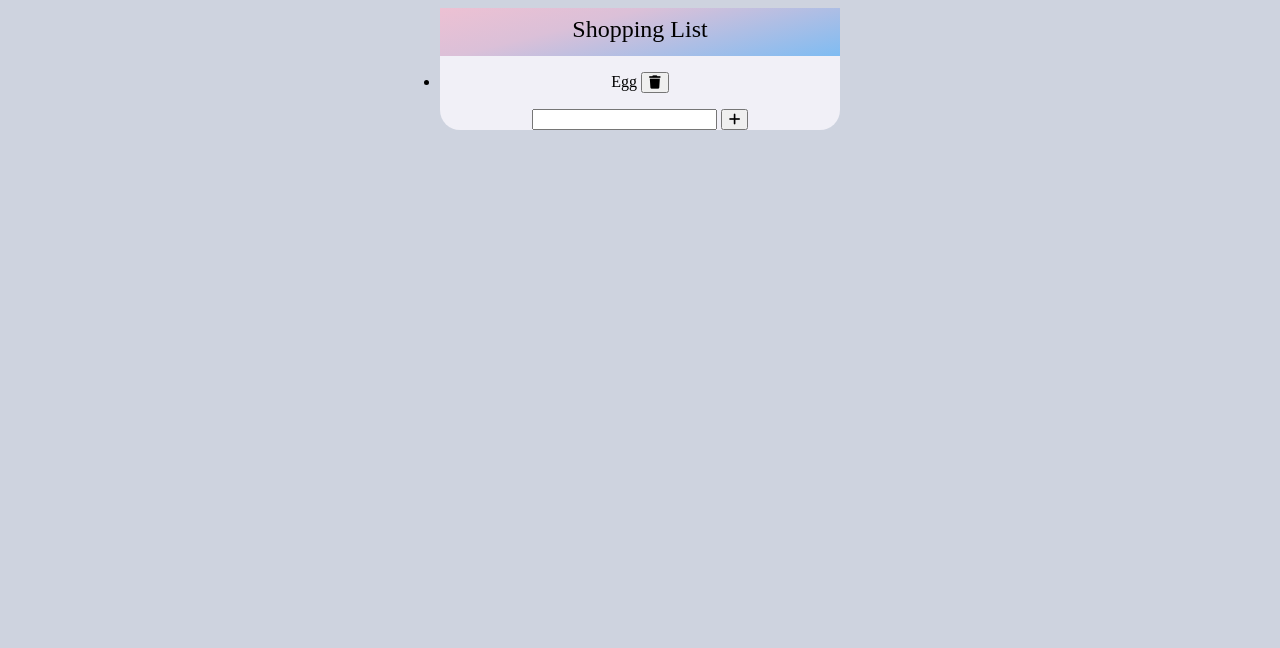
Repository: ggandory/browser101
Page: chapter5/index.html
These files come from the project's save history. The page is drawn as it stood at one moment and after the next save; the edit follows.
The browser window is 1280 px wide. The pictures show the whole page.
Some web libraries are served in a nearby version.

Above is the page before, as saved 2024-04-14 22:48:44.

After the next save:
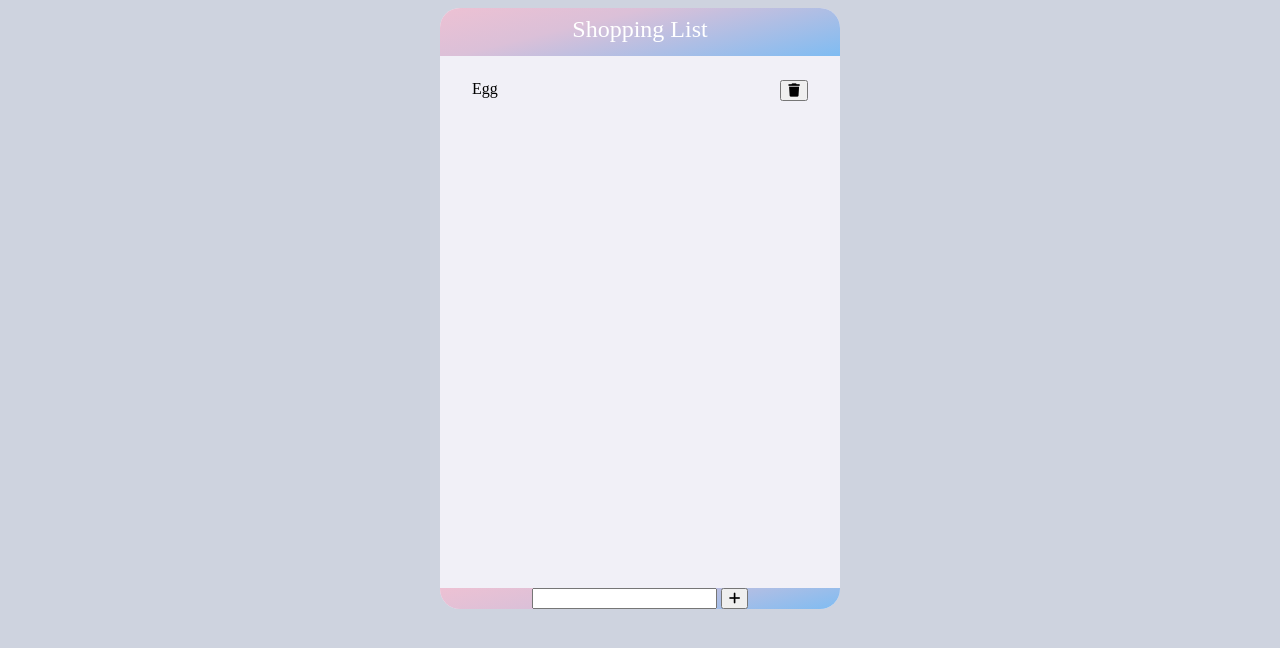
Saved 6 min 45 s later.
--- a/chapter5/style.css
+++ b/chapter5/style.css
@@ -29,4 +29,28 @@ body {
     rgba(219, 192, 216, 1) 35%,
     rgba(127, 188, 242, 1) 100%
   );
+  border-radius: 20px 20px 0 0;
+  color: white;
 }
+.items{
+  height: 500px;
+  overflow-y: auto;
+}
+.item{
+  display: flex;
+  justify-content: space-between;
+  padding: 8px 32px;
+}
+.item_divider{
+  width
+}
+.footer{
+  background: rgba(237, 193, 211);
+  background: linear-gradient(
+    166deg,
+    rgba(237, 193, 211, 1) 0%,
+    rgba(219, 192, 216, 1) 35%,
+    rgba(127, 188, 242, 1) 100%
+  );
+  border-radius: 0 0 20px 20px;
+}
